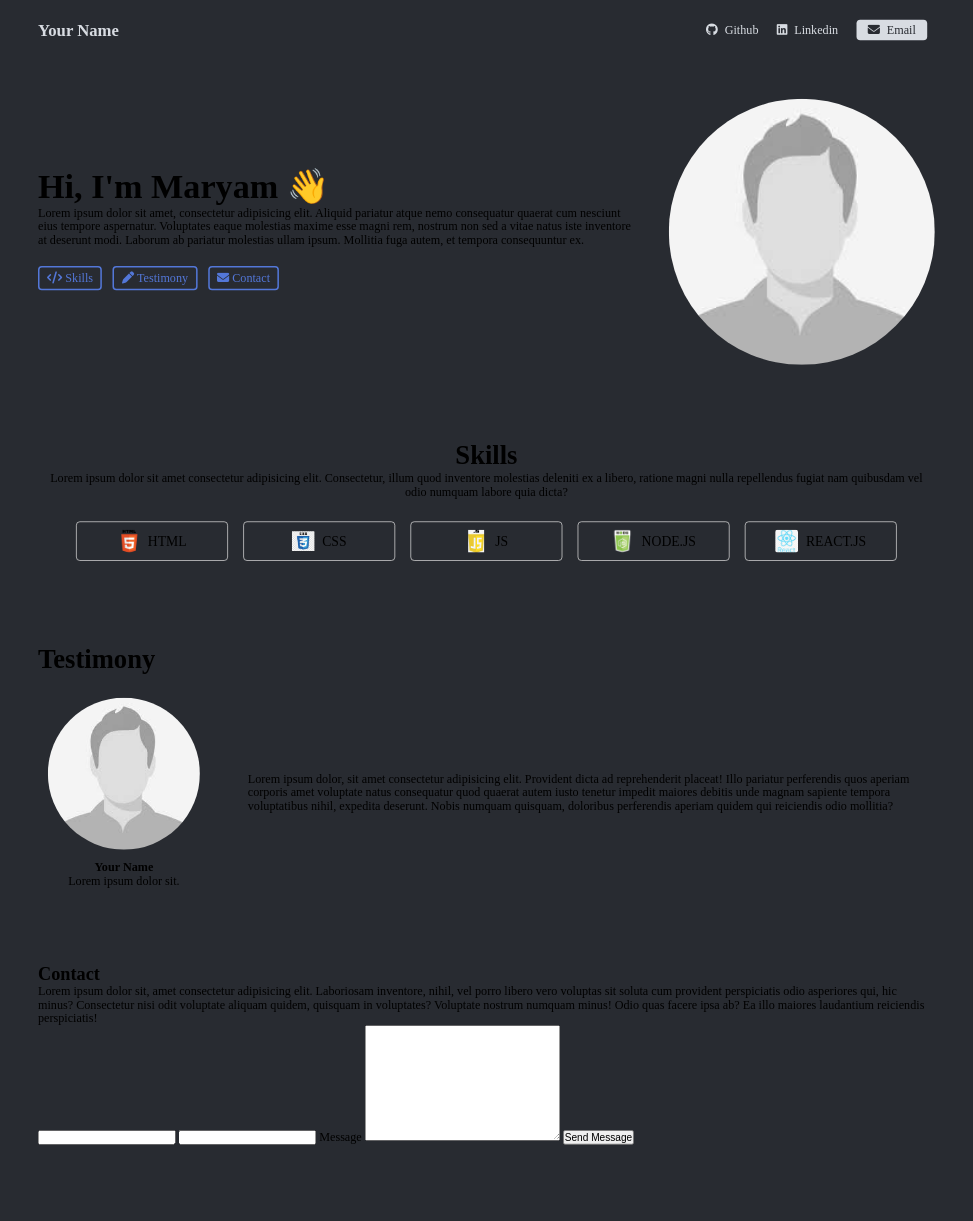
Repository: MaramMaryam/my-portfolio-test
Page: index.html
The author's editor kept a copy of each file at every save. The page is drawn from the files as they stood at one save, then again after the next save.
The browser window is 1280 px wide. The pictures show the whole page, at 76% of full size.
Some web libraries are served in a nearby version.

Above is the page before, as saved 2024-09-20 19:28:24.

After the next save:
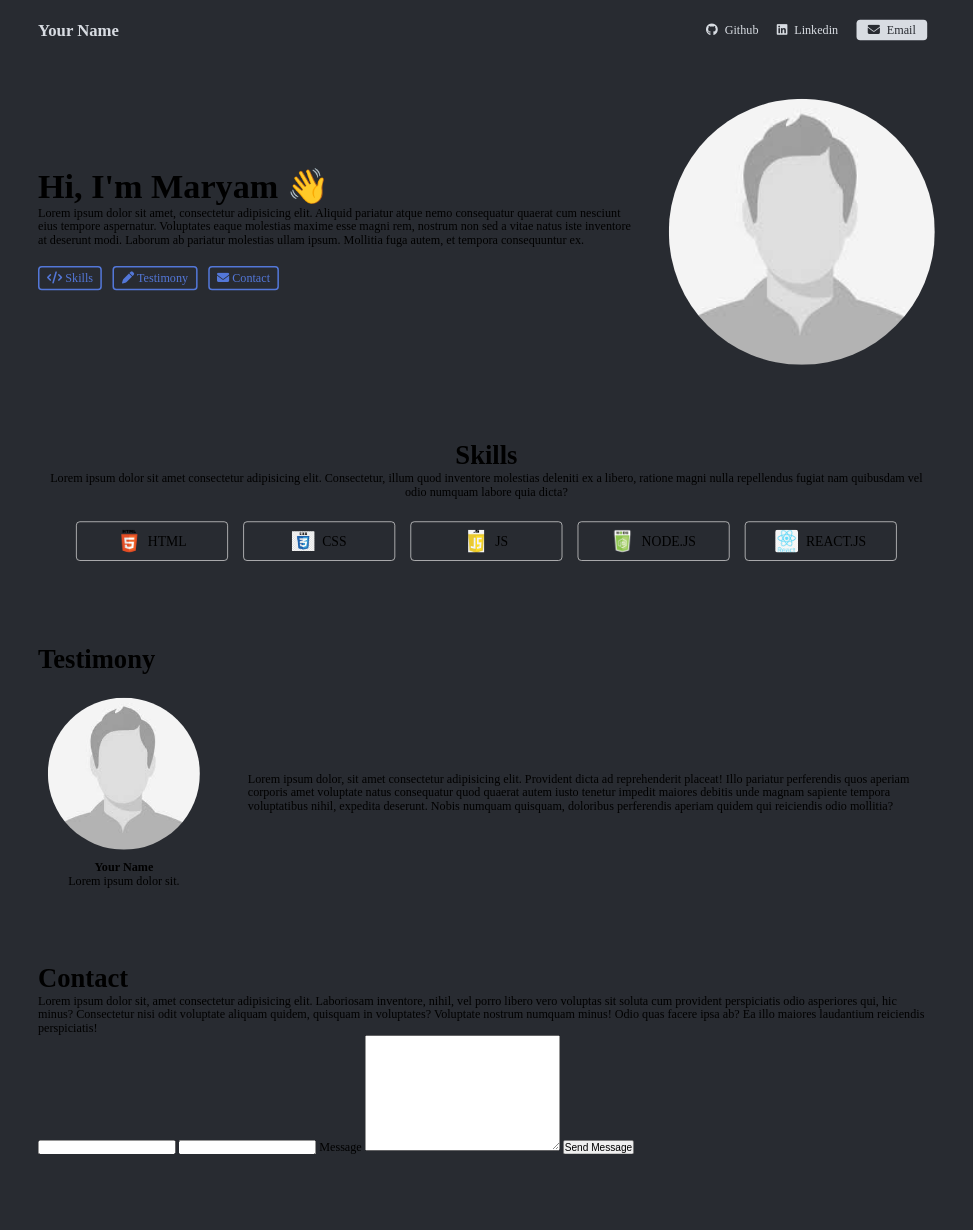
Saved 5 s later.
--- a/styles.css
+++ b/styles.css
@@ -169,7 +169,9 @@ nav .right a span {
     padding: 0 50px;
     margin-bottom: 100px;
   }
-  .contact-section h2 {}
+  .contact-section h2 {
+    font-size: 35px;
+  }
 
 
 
